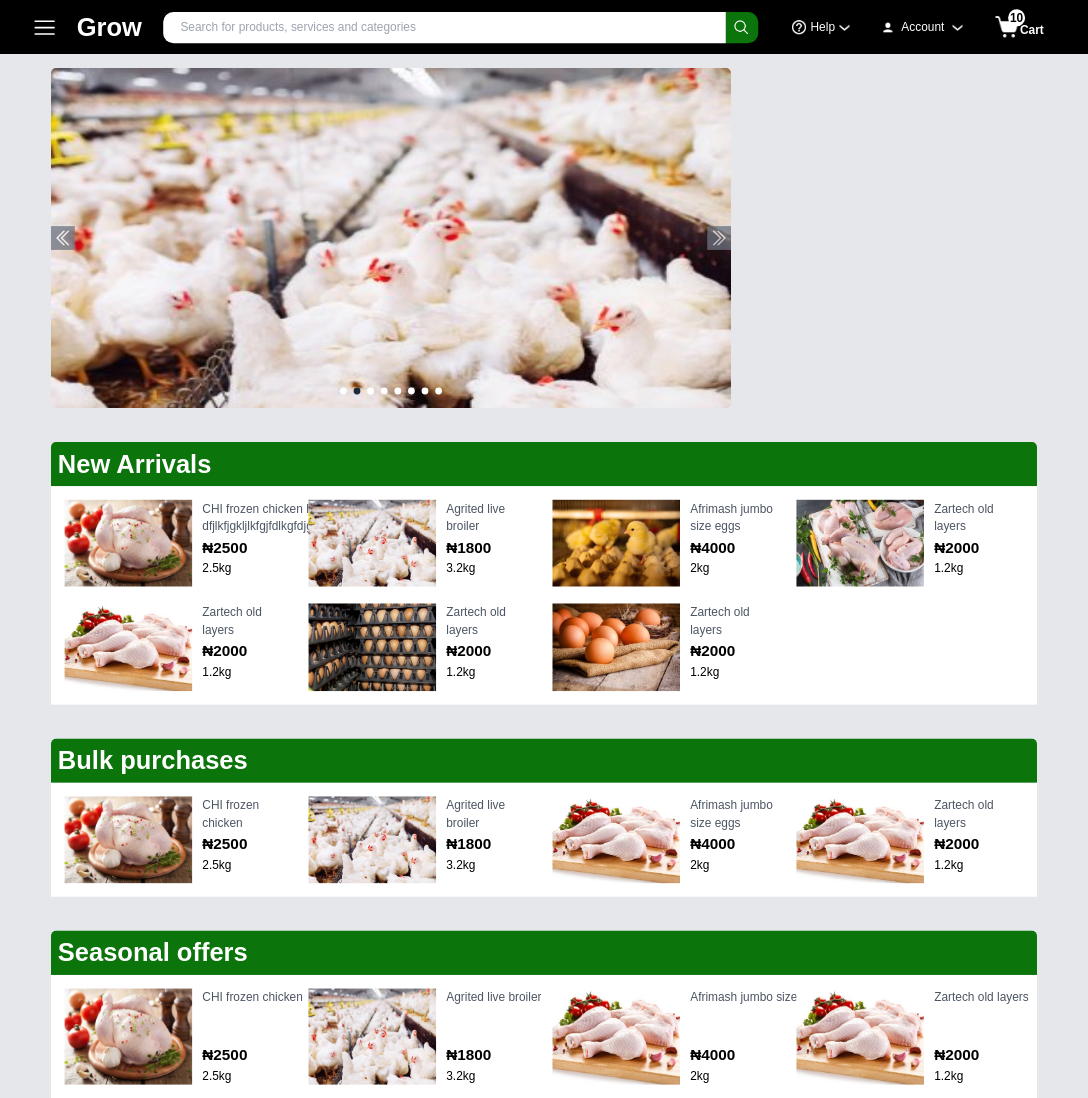
Repository: IssaMuiz/ifarmstock
Page: /
These files come from the project's save history. The page is drawn as it stood at one moment and after the next save; the edit follows.
The browser window is 1280 px wide. The pictures show the whole page, at 85% of full size.
The project was rebuilt for these pictures with package versions that can differ from the ones it lists, and the page was loaded fresh each time. The framework's server and built-in components were replaced by stand-ins that run in the browser. Also part of the build but not shown: next.config.mjs.

Above is the page before, as saved 2024-08-31 06:04:49.

After the next save:
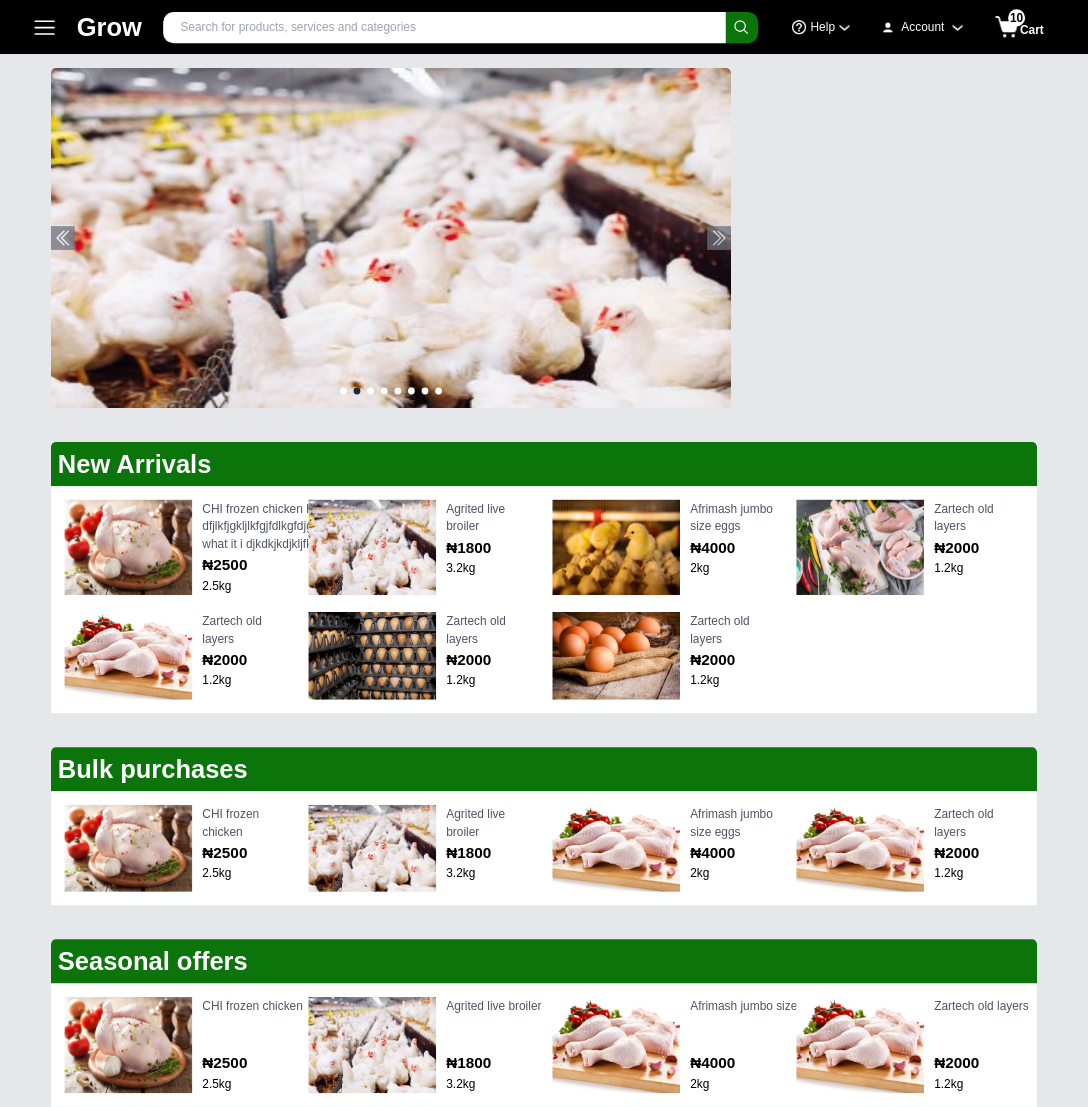
Saved 30 s later.
--- a/models/newArrivalsCards.json
+++ b/models/newArrivalsCards.json
@@ -1,7 +1,7 @@
 [
   {
     "image": "/assets/images/poultry-image1-slider.jpg",
-    "name": "CHI frozen chicken hor dfjlkfjgkljlkfgjfdlkgfdjg;lkjk;dklfkjgk;ldfjkg;kld",
+    "name": "CHI frozen chicken hor dfjlkfjgkljlkfgjfdlkgfdjg;lkjk;dklfkjgk;ldfjkg;kld what it i djkdkjkdjkljfkedjfkljdsklfjkldsjflkj",
     "Price": "2500",
     "weight": "2.5kg"
   },
